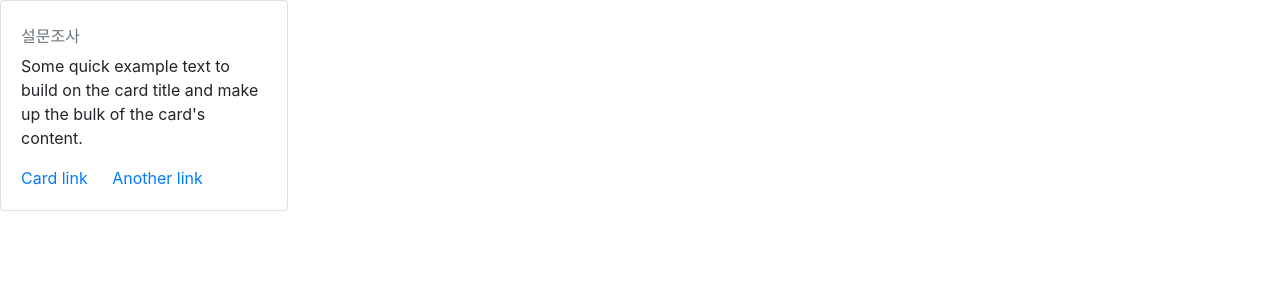
Repository: Pastelkun99/fs_1
Page: http://localhost/Fusion_1/WEB-INF/views/analysisList.jsp
An editor plug-in stored every save of this project. The page is shown before and after the next save, followed by the edit.
The browser window is 1280 px wide. The pictures show the whole page.
The page is served by Tomcat 9. Nobody is signed in. Other server files are loaded and not shown. The template is opened directly, without the code that normally fills it, so the values that code supplies are empty.

Above is the page before, as saved 2019-11-21 04:06:00.
Console error: TypeError: Cannot read properties of undefined (reading 'fn')

### Fusion_1/src/main/webapp/WEB-INF/views/analysisList.jsp
<%@ page language="java" contentType="text/html; charset=UTF-8"
	pageEncoding="UTF-8"%>
<%@ taglib uri="http://java.sun.com/jsp/jstl/core" prefix="c"%>
<%@ taglib uri="http://www.springframework.org/tags/form" prefix="form"%>
<%@ page session="true"%>
<meta charset="UTF-8">
<link rel="stylesheet"
	href="https://stackpath.bootstrapcdn.com/bootstrap/4.3.1/css/bootstrap.min.css"
	integrity="sha384-ggOyR0iXCbMQv3Xipma34MD+dH/1fQ784/j6cY/iJTQUOhcWr7x9JvoRxT2MZw1T"
	crossorigin="anonymous">
<script
	src="https://stackpath.bootstrapcdn.com/bootstrap/4.3.1/js/bootstrap.min.js"
	integrity="sha384-JjSmVgyd0p3pXB1rRibZUAYoIIy6OrQ6VrjIEaFf/nJGzIxFDsf4x0xIM+B07jRM"
	crossorigin="anonymous"></script>
<html>
<head>
<link rel="shortcut icon" href="data:[embedded picture, 19 characters]" type="image/x-icon">
<title>설문조사</title>
</head>
<body>
	<div class="card" style="width:18rem;">
  		<div class="card-body">
  		  <h5 class="card-title"></h5>
   		  <h6 class="card-subtitle mb-2 text-muted">설문조사</h6>
    	  <p class="card-text">Some quick example text to build on the card title and make up the bulk of the card's content.</p>
    	  <a href="#" class="card-link">Card link</a>
    	  <a href="#" class="card-link">Another link</a>
  	</div>
</div>

</body>
</html>

After the next save:
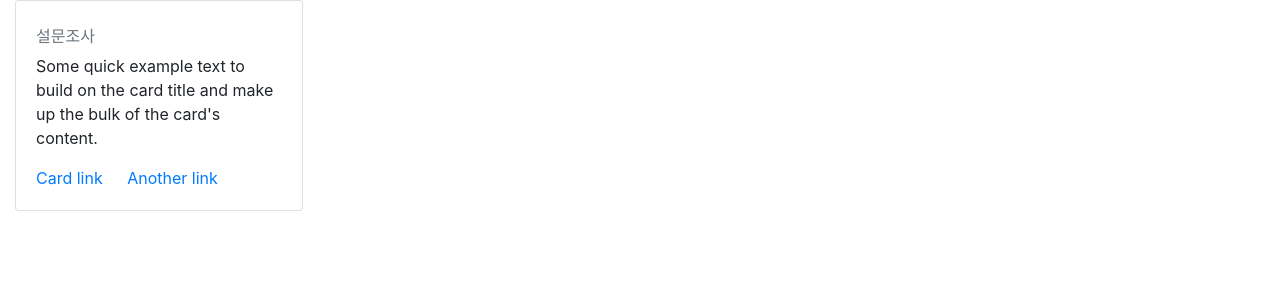
Saved 3 min 4 s later.
--- a/Fusion_1/src/main/webapp/WEB-INF/views/analysisList.jsp
+++ b/Fusion_1/src/main/webapp/WEB-INF/views/analysisList.jsp
@@ -18,14 +18,18 @@
 <title>설문조사</title>
 </head>
 <body>
-	<div class="card" style="width:18rem;">
-  		<div class="card-body">
-  		  <h5 class="card-title"></h5>
-   		  <h6 class="card-subtitle mb-2 text-muted">설문조사</h6>
-    	  <p class="card-text">Some quick example text to build on the card title and make up the bulk of the card's content.</p>
-    	  <a href="#" class="card-link">Card link</a>
-    	  <a href="#" class="card-link">Another link</a>
+	<div class="col-2"></div>
+	<div class="col-6">
+		<div class="card" style="width:18rem;">
+	  		<div class="card-body">
+	  		  <h5 class="card-title"></h5>
+	   		  <h6 class="card-subtitle mb-2 text-muted">설문조사</h6>
+	    	  <p class="card-text">Some quick example text to build on the card title and make up the bulk of the card's content.</p>
+	    	  <a href="#" class="card-link">Card link</a>
+	    	  <a href="#" class="card-link">Another link</a>
+	  	</div>
   	</div>
+  	<div class="col-2"></div>
 </div>
 
 </body>
